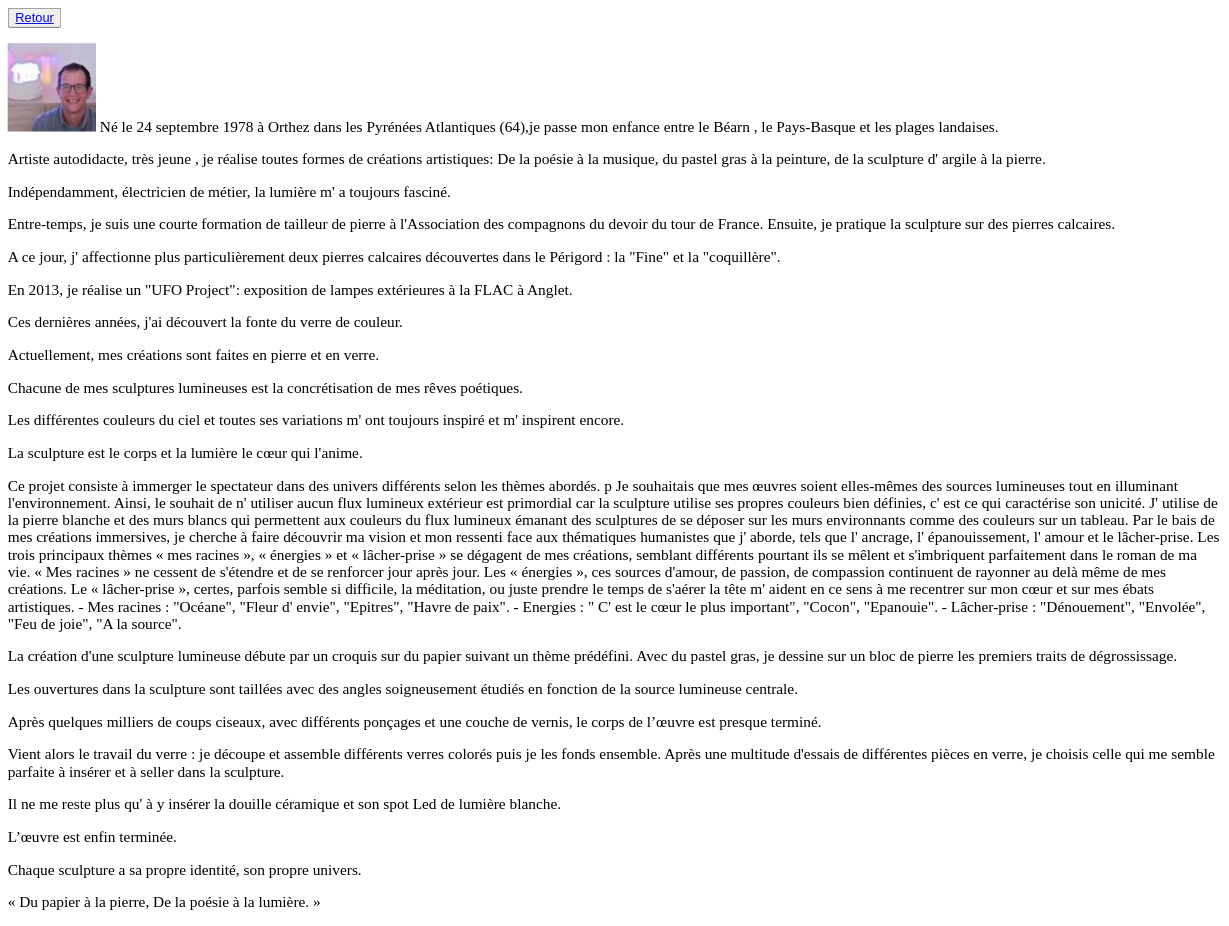
Repository: lysianebo/EricBidart
Page: presentation_more.html
The author's editor kept a copy of each file at every save. The page is drawn from the files as they stood at one save, then again after the next save.
The browser window is 1280 px wide. The pictures show the whole page, at 96% of full size.

Above is the page before, as saved 2023-10-29 07:37:58.

After the next save:
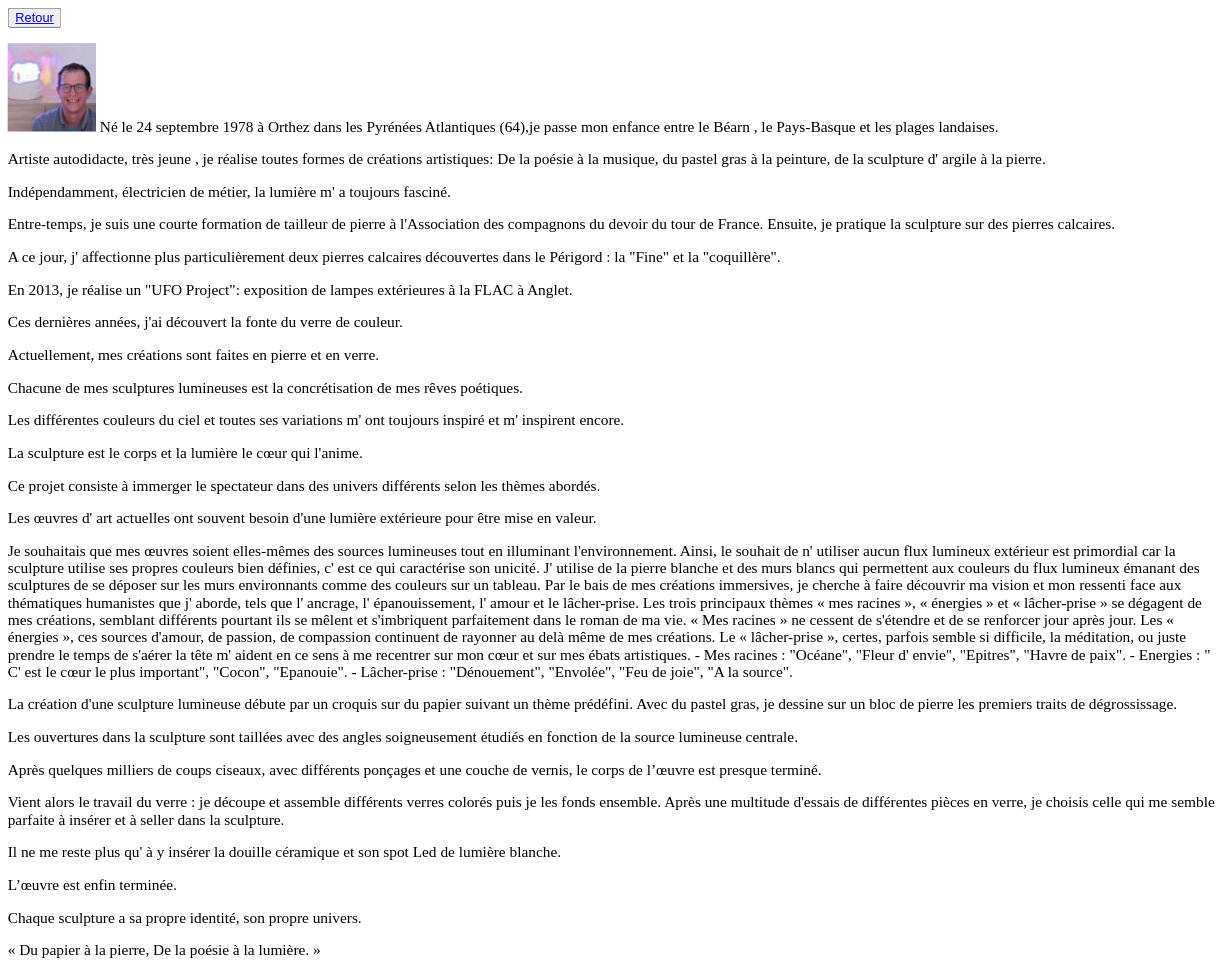
Saved 29 s later.
--- a/presentation_more.html
+++ b/presentation_more.html
@@ -27,7 +27,8 @@
             <p>La sculpture est le corps et la lumière le cœur qui l'anime.</p>
             Ce projet consiste à immerger le spectateur dans des univers différents selon les thèmes abordés.
 
-p
+            <p>Les œuvres d' art actuelles ont souvent besoin d'une lumière extérieure pour être mise en valeur.</p>
+
             Je souhaitais que mes œuvres soient elles-mêmes des sources lumineuses tout en illuminant l'environnement.
 
             Ainsi, le souhait de n' utiliser aucun flux lumineux extérieur est primordial car la sculpture utilise ses
